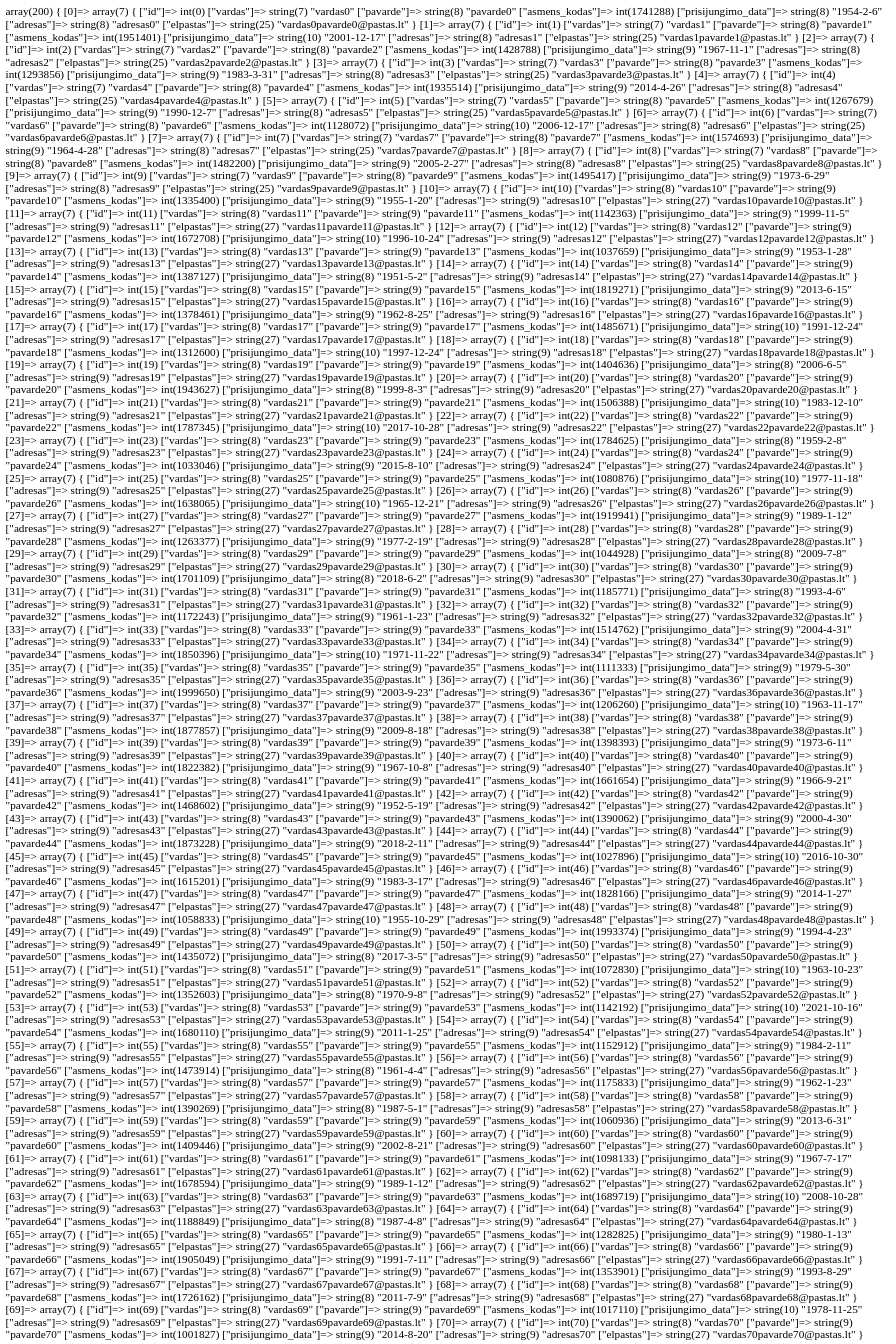
Repository: motiejus1/09-paskaita-PHP-05.31
Page: http://localhost/index.php
An editor plug-in stored every save of this project. The page is shown before and after the next save, followed by the edit.
The browser window is 1280 px wide. The pictures show the part of the page from y = 0 to 1920 px (the page is 5560 px tall), at 70% of full size.
The page is run by PHP 8.4 with error messages shown; the project is at /var/www/html/.

Above is the page before, as saved 2021-08-02 18:32:41.

After the next save:
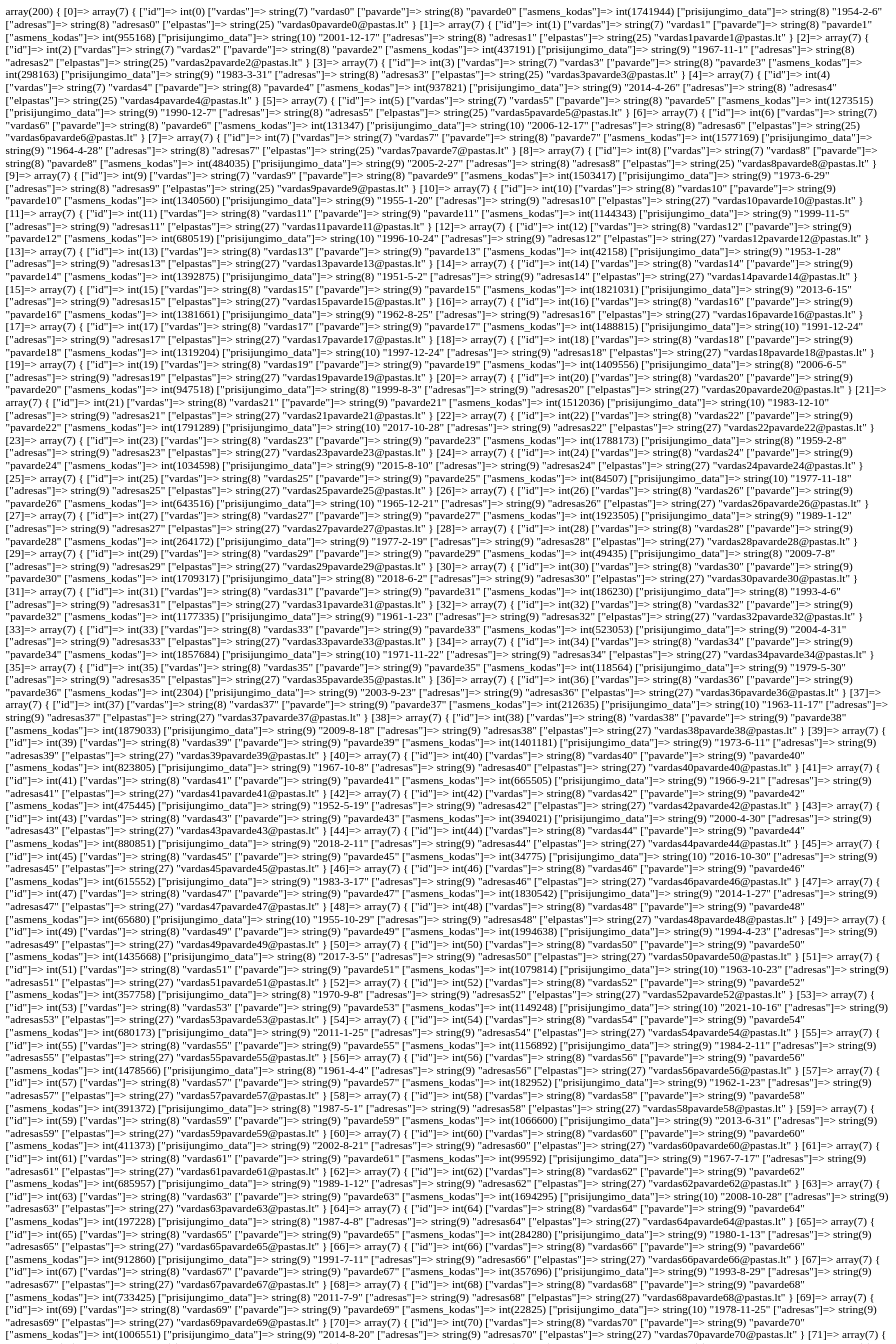
Saved 23 s later.
--- a/index.php
+++ b/index.php
@@ -34,7 +34,7 @@ for($i=0; $i< 200; $i++){
         "id" => $i,
         "vardas" => "vardas".$i,
         "pavarde" => "pavarde".$i,
-        "asmens_kodas" => rand(1000000, 2000000), //38512300000
+        "asmens_kodas" => rand(3, 2000000), //38512300000
 
         //atsitiktiniu budu sugeneruota data
         "prisijungimo_data" => rand(1950, 2021)."-".rand(1,12)."-".rand(1,31),
